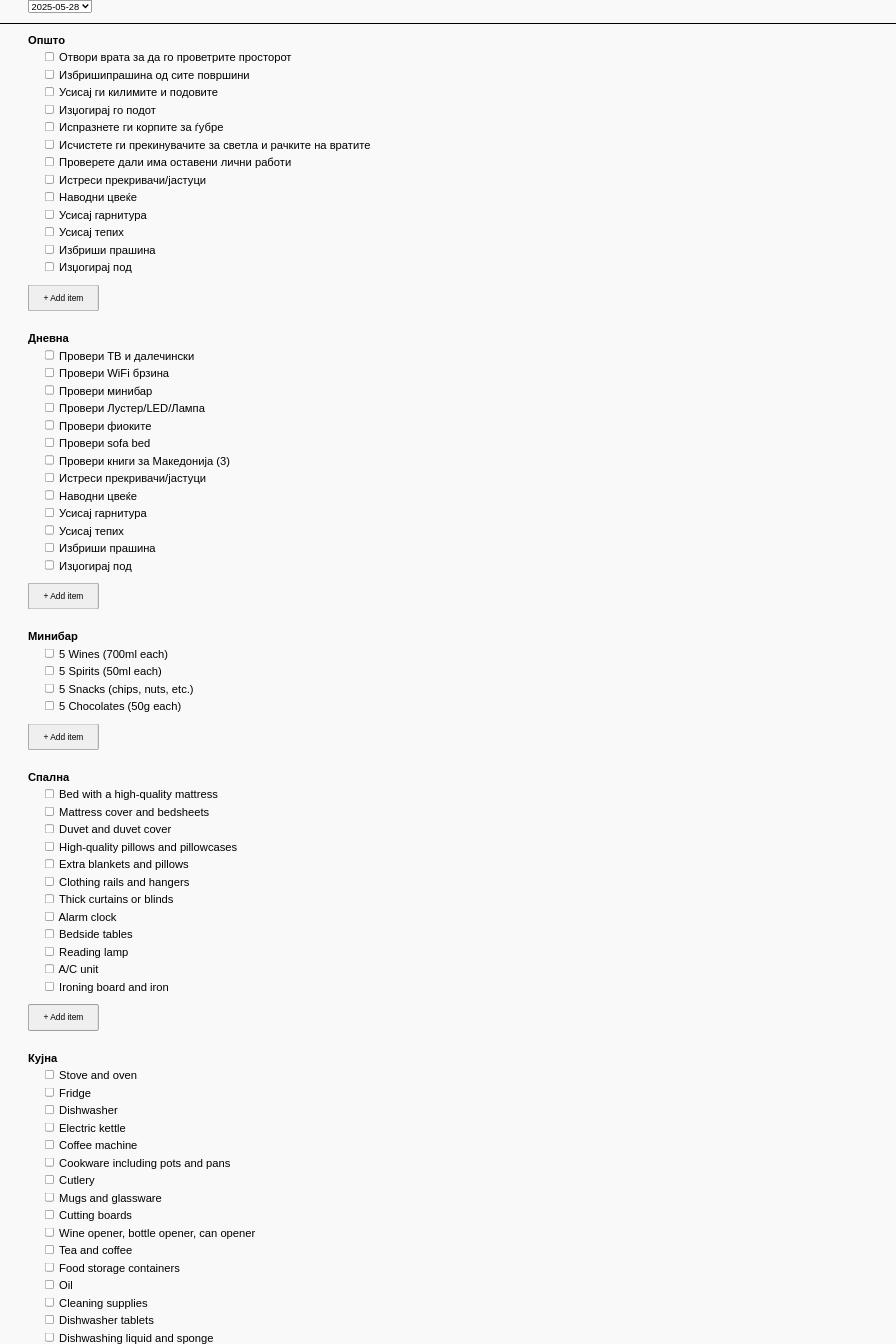
Repository: Z0ck0/Lynx-Apartment-Dashboard
Page: index.html
The author's editor kept a copy of each file at every save. The page is drawn from the files as they stood at one save, then again after the next save.
The browser window is 1280 px wide. The pictures show the part of the page from y = 331 to 2251 px (the page is 4287 px tall before and 4137 px after), at 70% of full size.

Above is the page before, as saved 2025-05-29 10:23:40.

### index.html
<!DOCTYPE html>
<html lang="en">
  <head>
    <meta charset="UTF-8" />
    <title>Lynx Apartment Host Dashboard</title>
    <meta name="viewport" content="width=device-width, initial-scale=1.0" />
    <style>
      body {
        font-family: Arial, sans-serif;
        margin: 40px;
        background: #f9f9f9;
      }
      h1 {
        text-align: center;
      }
      /* .container {
        max-width: 900px;
        margin: auto;
        background: #fff;
        padding: 20px;
        border-radius: 10px;
        box-shadow: 0 0 10px #ccc;
      } */
      .tabs {
        display: flex;
        flex-direction: row;
        justify-content: center;
        align-items: center;
        flex-wrap: wrap;
        margin-bottom: 20px;
        border-bottom: 2px solid #eee;
        gap: 0;
      }
      .tab-btn {
        background: none;
        border: none;
        outline: none;
        padding: 12px 24px;
        font-size: 16px;
        cursor: pointer;
        border-bottom: 3px solid transparent;
        transition: border 0.2s, color 0.2s;
        white-space: nowrap;
        flex: 1 1 auto;
        text-align: center;
        min-width: 120px;
        max-width: 100vw;
      }
      .tab-btn.active {
        border-bottom: 3px solid #0078d7;
        color: #0078d7;
        font-weight: bold;
      }
      .tab-content {
        display: none;
      }
      .tab-content.active {
        display: block;
      }
      .section {
        margin-bottom: 30px;
      }
      label {
        display: block;
        margin-bottom: 5px;
        font-weight: bold;
      }
      input[type="text"] {
        width: 100%;
        padding: 8px;
        margin-bottom: 10px;
      }
      .checkbox-group {
        margin-left: 20px;
      }
      .checkbox-group label {
        font-weight: normal;
        display: block;
        margin-bottom: 5px;
      }
      button {
        padding: 10px 20px;
        margin-top: 20px;
      }
      .add-btn {
        margin-top: 10px;
        font-size: 12px;
      }
      img.logo {
        display: block;
        margin: auto;
        width: 100px;
      }
      @media screen and (max-width: 600px) {
        .tabs {
          flex-direction: row;
          flex-wrap: wrap;
        }
        .tab-btn {
          font-size: 15px;
          padding: 10px 8px;
          min-width: 100px;
        }
        .checkbox-group label {
          display: flex;
          align-items: center;
          justify-content: space-between;
          padding: 5px 0;
        }
        .checkbox-group input[type="checkbox"] {
          margin-right: 10px;
        }
      }
    </style>
  </head>
  <body>
    <div class="container">
      <img src="logo-lynx.png" alt="Lynx Logo" class="logo" />
      <h1>Lynx Apartment Dashboard</h1>
      <nav class="tabs" role="tablist">
        <button
          class="tab-btn active"
          id="tab-checklist"
          role="tab"
          aria-selected="true"
          aria-controls="content-checklist"
          tabindex="0"
        >
          ✅ Cleaning List
        </button>
        <button
          class="tab-btn"
          id="tab-inventory"
          role="tab"
          aria-selected="false"
          aria-controls="content-inventory"
          tabindex="-1"
        >
          ✅ Inventory List
        </button>
      </nav>
      <div
        id="content-checklist"
        class="tab-content active"
        role="tabpanel"
        aria-labelledby="tab-checklist"
      >
        <div class="section">
          <label for="date">Датум на инспекција:</label>
          <select id="date"></select>
        </div>
        <div id="checklist-sections"></div>
        <div class="section">
          <label>Additional Notes</label>
          <input type="text" id="notes" placeholder="Any extra details..." />
        </div>
        <button onclick="saveChecklist()">Save Checklist</button>
      </div>
      <div
        id="content-inventory"
        class="tab-content"
        role="tabpanel"
        aria-labelledby="tab-inventory"
      >
        <div id="inventory-sections"></div>
      </div>
    </div>
    <script src="https://cdnjs.cloudflare.com/ajax/libs/jspdf/2.5.1/jspdf.umd.min.js"></script>
    <script src="DejaVuSans-normal.js"></script>
    <script>
      // Tab functionality
      const tabBtns = document.querySelectorAll(".tab-btn");
      const tabContents = document.querySelectorAll(".tab-content");
      tabBtns.forEach((btn, idx) => {
        btn.addEventListener("click", function () {
          tabBtns.forEach(b => b.classList.remove("active"));
          tabContents.forEach(c => c.classList.remove("active"));
          btn.classList.add("active");
          tabContents[idx].classList.add("active");
          btn.setAttribute("aria-selected", "true");
          btn.setAttribute("tabindex", "0");
          tabBtns.forEach((b, i) => {
            if (i !== idx) {
              b.setAttribute("aria-selected", "false");
              b.setAttribute("tabindex", "-1");
            }
          });
        });
      });

      const sections = {
        Општо: [
          "Отвори врата за да го проветрите просторот",
          "Избришипрашина од сите површини",
          "Усисај ги килимите и подовите",
          "Изџогирај го подот",
          "Испразнете ги корпите за ѓубре",
          "Исчистете ги прекинувачите за светла и рачките на вратите",
          "Проверете дали има оставени лични работи",
          "Истреси прекривачи/јастуци",
          "Наводни цвеќе",
          "Усисај гарнитура",
          "Усисај тепих",
          "Избриши прашина",
          "Изџогирај под",
        ],
        Дневна: [
          "Провери ТВ и далечински",
          "Провери WiFi брзина",
          "Провери минибар",
          "Провери Лустер/LED/Лампа",
          "Провери фиоките",
          "Провери sofa bed",
          "Провери книги за Македонија (3)",
          "Истреси прекривачи/јастуци",
          "Наводни цвеќе",
          "Усисај гарнитура",
          "Усисај тепих",
          "Избриши прашина",
          "Изџогирај под",
        ],
        Минибар: [
          "5 Вина (700ml секое)",
          "5 Жестоки пијалоци (50ml секое)",
          "5 Грицки (чипс, јаткасти плодови итн.)",
          "2 Чоколада (50g секое)",
        ],
        Спална: [
          "Bed with a high-quality mattress",
          "Mattress cover and bedsheets",
          "Duvet and duvet cover",
          "High-quality pillows and pillowcases",
          "Extra blankets and pillows",
          "Clothing rails and hangers",
          "Thick curtains or blinds",
          "Alarm clock",
          "Bedside tables",
          "Reading lamp",
          "A/C unit",
          "Ironing board and iron",
        ],
        Кујна: [
          "Stove and oven",
          "Fridge",
          "Dishwasher",
          "Electric kettle",
          "Coffee machine",
          "Cookware including pots and pans",
          "Cutlery",
          "Mugs and glassware",
          "Cutting boards",
          "Wine opener, bottle opener, can opener",
          "Tea and coffee",
          "Food storage containers",
          "Oil",
          "Cleaning supplies",
          "Dishwasher tablets",
          "Dishwashing liquid and sponge",
          "Kitchen towel and paper towels",
          "Garbage bin and garbage bags",
          "Broom and dustpan",
          "Liquid soap",
          "All-purpose cleaner",
          "Disinfectant",
          "Salt and pepper",
        ],
        Купатило: [
          "Bath towels (2 per guest)",
          "Hand towels and face towels (2 per guest)",
          "Bath mat",
          "Mirror",
          "Toilet paper (plus extra rolls)",
          "Toilet brush set",
          "Hand soap",
          "Shampoo and conditioner",
          "Body wash",
          "Body lotion",
          "Hairdryer",
          "Toothpaste",
          "Disposable cups",
          "Disposable toothbrushes",
          "Small garbage bin and garbage bags",
        ],
        Трпезарија: [
          "Dining table",
          "Chairs",
          "Cabinets",
          "Table settings (2x the number of guests)",
          "Lighting",
          "Decor or artwork",
        ],
        Тераса: [
          "Outdoor couch or chairs",
          "Outdoor dining table",
          "Throw pillows and blanket",
          "Lighting",
          "Outdoor area rug",
          "Source of shade",
        ],
        Безбедност: [
          "First aid kit",
          "Face masks",
          "Hand disinfectant",
          "Fire extinguisher",
          "Smoke detectors",
          "Carbon monoxide detectors",
        ],
        Минибар: [
          "5 Wines (700ml each)",
          "5 Spirits (50ml each)",
          "5 Snacks (chips, nuts, etc.)",
          "5 Chocolates (50g each)",
        ],
        Extras: [
          "Проверка на клима уредот",
          "Access to streaming services like Netflix, Hulu, etc.",
          "Board games",
          "Welcome gift",
          "Luxury toiletries",
          "Bathrobes and slippers",
          "Smart devices",
          "Universal charger and adaptors",
          "Outdoor hammock",
          "Washer and dryer",
        ],
      };

      // Inventory sections with placeholder items
      const inventorySections = {
        "Дневна Инвентура": [
          "Столна лампа (1) (IKEA: 30405042)",
          "Jaстуци на гарнитура (2)",
          "Покривка на гарнитура (2)",
          "Уметничка слика на ѕид (1)",
          "IKEA подлога за маса (1)",
          "Computer Mouse (1)",
          "HDMI кабел (1)",
          "US to EU адаптер (2)",
          "Книги за Македонија (3)",
          "Украси на сталажа десно",
          "свеќи на батерија (2)",
        ],
        "Минибар Инвентура": [
          "Подметачи од плута (10)",
          "Чаши за вино (6)",
          "Чаши за виски (6)",
          "Чаши за шток (2)",
          "Чаши за ракија - шот (4)",
          "Чаши за ракија - сталак (6)",
          "Кригли за пиво (5)",
          "Затворачи за шишиња (3)",
          "Отварач за шишиња",
        ],
        "Спална Инвентура": [
          "Даска за пеглање",
          "Пегла",
          "Столна ламба (2)",
          "Офингер (10)",
          "Навлака за сако (1)",
          "Чаршафи (3 комплета)",
          "Навлака за заштита на душек (3)",
          "Навлака за јорган и 2 навлаки за перници, сива/пругаста, 200x200/50x60см (2)(IKEA: 70423242)",
          "Навлака за јорган и 2 навлаки за перници, бела, 200x200/50x60 см (1)(IKEA: 20377959)",
          "Укроен чаршаф, бела, 160x200 см (3)(IKEA: 20377960)",
          "Прекривач, темно сива, 230x250см (1)(IKEA: 60346447)",
          "Јорган за сите сезони, 200x200 см (1+1)(IKEA: 70458585)",
          "Јастуци (4)",
          "Перница, светло сива, 50x60 см (4)",
          "Кебе тенко (1)",
          "Кебет дебело (1)",
          "Кревет за деца (Ѓоре)",
          "Alarm clock",
          "Lorem item 2",
          "Lorem item 3",
          "Lorem item 4",
          "Lorem item 5",
        ],
        "Кујна Инвентура": [
          "Lorem item 1",
          "Lorem item 2",
          "Lorem item 3",
          "Lorem item 4",
          "Lorem item 5",
        ],
        "Трпезарија Инвентура": [
          "Подлога за маса, темно сива, 38x30см (4)(IKEA: 20569251)",
          "Lorem item 2",
          "Lorem item 3",
          "Lorem item 4",
          "Lorem item 5",
        ],
        "Купатило Инвентура": [
          "Саксија за цвеќе (IKEA: 40395617)",
          "Канта за отпад (IKEA: 20593736)",
          "Крпа за бањање, (6), 70x140 см (IKEA: 80350985)",
          "Крпа за раце, (6), 50x100 см (IKEA: 70350995)",
          "Четка за тоалет (IKEA: 10593727)",
          "Држач за тоалетна хартија (IKEA: 40381291)",
          "Туш ручка (IKEA: 60342543)",
          "Тепих за бања, тиркизна, 50x80 см (IKEA: 40603169)",
          "Дозатор за сапун (IKEA: 30593726)",
          "Држач за четкици за зуби (IKEA: 50593730)",
          "Самолеплива кука (2) (IKEA: 50567830)",
          "Надворешни полици, бамбус, 37x37x104см (1)(IKEA: 80549420)",
        ],
        "Тераса Инвентура": [
          "Столица за седење (2)(IKEA: 90095428)",
          "Асталче за терасу (1)(IKEA: 70095429)",
          "Lorem item 3",
          "Lorem item 4",
          "Lorem item 5",
        ],
        "Безбедност Инвентура": [
          "Lorem item 1",
          "Lorem item 2",
          "Lorem item 3",
          "Lorem item 4",
          "Lorem item 5",
        ],
        "Extras Инвентура": [
          "Lorem item 1",
          "Lorem item 2",
          "Lorem item 3",
          "Lorem item 4",
          "Lorem item 5",
        ],
      };

      function createSection(title, items) {
        const sectionId = title.replace(/\s+/g, "_");
        const section = document.createElement("div");
        section.className = "section";
        section.innerHTML = `<label>${title}</label>
          <div class="checkbox-group" id="${sectionId}"></div>
          <button class="add-btn" onclick="addItem('${sectionId}', '${title}')">+ Add item</button>`;
        document.getElementById("checklist-sections").appendChild(section);
        renderSectionItems(sectionId, title);
      }

      function renderSectionItems(sectionId, title) {
        const group = document.getElementById(sectionId);
        group.innerHTML = "";
        sections[title].forEach((item, idx) => {
          const label = document.createElement("label");
          label.style.display = "flex";
          label.style.alignItems = "center";
          label.style.justifyContent = "space-between";
          label.innerHTML = `
            <span>
              <input type="checkbox"> ${item}
            </span>
            <span>
              <!--
              <button type="button" class="edit-btn" style="margin-left:5px;font-size:12px;" onclick="editItem('${sectionId}', '${title}', ${idx})">✏️</button>
              <button type="button" class="delete-btn" style="margin-left:5px;font-size:12px;" onclick="deleteItem('${sectionId}', '${title}', ${idx})">🗑️</button>
              -->
            </span>
          `;
          group.appendChild(label);
        });
      }

      function addItem(sectionId, title) {
        const group = document.getElementById(sectionId);
        const item = prompt("Enter new item:");
        if (item) {
          sections[title].push(item);
          renderSectionItems(sectionId, title);
        }
      }

      /*
      // Edit item functionality (commented out)
      function editItem(sectionId, title, idx) {
        const current = sections[title][idx];
        const updated = prompt("Edit item:", current);
        if (updated !== null && updated.trim() !== "") {
          sections[title][idx] = updated;
          renderSectionItems(sectionId, title);
        }
      }

      // Delete item functionality (commented out)
      function deleteItem(sectionId, title, idx) {
        if (confirm("Are you sure you want to delete this item?")) {
          sections[title].splice(idx, 1);
          renderSectionItems(sectionId, title);
        }
      }
      */

      function populateDateDropdown() {
        const select = document.getElementById("date");
        const today = new Date();
        for (let i = 0; i < 7; i++) {
          const d = new Date(today);
          d.setDate(today.getDate() + i);
          const yyyy = d.getFullYear();
          const mm = String(d.getMonth() + 1).padStart(2, "0");
          const dd = String(d.getDate()).padStart(2, "0");
          const dateStr = `${yyyy}-${mm}-${dd}`;
          const option = document.createElement("option");
          option.value = dateStr;
          option.text = dateStr;
          if (i === 0) option.selected = true;
          select.appendChild(option);
        }
      }

      function saveChecklist() {
        const { jsPDF } = window.jspdf;
        const doc = new jsPDF();
        // Register and set DejaVu font for Cyrillic support
        try {
          doc.addFileToVFS("DejaVuSans.ttf", dejavu_sans_normal);
          doc.addFont("DejaVuSans.ttf", "DejaVu", "normal");
          doc.setFont("DejaVu");
        } catch (e) {
          console.error("Font loading error:", e);
          doc.setFont("Tahoma"); // fallback
        }
        doc.setFontSize(16);
        let y = 10;
        const date = document.getElementById("date").value;
        const notes = document.getElementById("notes").value;
        // Only select checkboxes from the Host Checklist tab
        const checklistTab = document.getElementById("content-checklist");
        const checkboxes = checklistTab.querySelectorAll("input[type='checkbox']");

        doc.text("Lynx Apartment Host Checklist", 10, y);
        y += 10;
        doc.setFontSize(12);
        doc.text(`Date: ${date}`, 10, y);
        y += 10;

        checkboxes.forEach(cb => {
          const text = `[${cb.checked ? "x" : " "}] ${cb.parentElement.innerText
            .replace("✏️", "")
            .replace("🗑️", "")
            .trim()}`;
          doc.text(text, 10, y);
          y += 7;
          if (y > 280) {
            doc.addPage();
            y = 10;
          }
        });

        doc.text("Notes:", 10, y);
        y += 7;
        doc.text(notes, 10, y);

        doc.save(`Lynx_Checklist_${date.replace(/[:\s]/g, "_")}.pdf`);
      }

      // Inventory List sample items
      const inventoryItems = [
        "Lorem Spoon 1",
        "Lorem Fork 2",
        "Lorem Knife 3",
        "Lorem Plate 4",
        "Lorem Cup 5",
        "Lorem Glass 6",
        "Lorem Pan 7",
        "Lorem Pot 8",
        "Lorem Towel 9",
        "Lorem Pan 10",
      ];
      function renderInventoryList() {
        const group = document.getElementById("inventory-list");
        group.innerHTML = "";
        inventoryItems.forEach(item => {
          const label = document.createElement("label");
          label.innerHTML = `<input type="checkbox"> ${item}`;
          group.appendChild(label);
        });
      }

      // Render inventory sections
      function createInventorySection(title, items) {
        const sectionId = title.replace(/\s+/g, "_");
        const section = document.createElement("div");
        section.className = "section";
        section.innerHTML = `<label>${title}</label>
          <div class="checkbox-group" id="${sectionId}_inventory"></div>
          <button class="add-btn" onclick="addInventoryItem('${sectionId}', '${title}')">+ Add item</button>`;
        document.getElementById("inventory-sections").appendChild(section);
        renderInventorySectionItems(sectionId, title);
      }

      function renderInventorySectionItems(sectionId, title) {
        const group = document.getElementById(sectionId + "_inventory");
        group.innerHTML = "";
        inventorySections[title].forEach((item, idx) => {
          const label = document.createElement("label");
          label.style.display = "flex";
          label.style.alignItems = "center";
          label.style.justifyContent = "space-between";
          label.innerHTML = `
            <span>
              <input type="checkbox"> ${item}
            </span>
          `;
          group.appendChild(label);
        });
      }

      window.addInventoryItem = function (sectionId, title) {
        const item = prompt("Enter new item:");
        if (item) {
          inventorySections[title].push(item);
          renderInventorySectionItems(sectionId, title);
        }
      };

      // Render sections and date dropdown on load
      window.onload = function () {
        populateDateDropdown();
        for (const [section, items] of Object.entries(sections)) {
          createSection(section, items);
        }
        // Render inventory sections only when inventory tab is active
        for (const [section, items] of Object.entries(inventorySections)) {
          createInventorySection(section, items);
        }
      };
    </script>
  </body>
</html>

Loaded but not shown: DejaVuSans-normal.js (library)

After the next save:
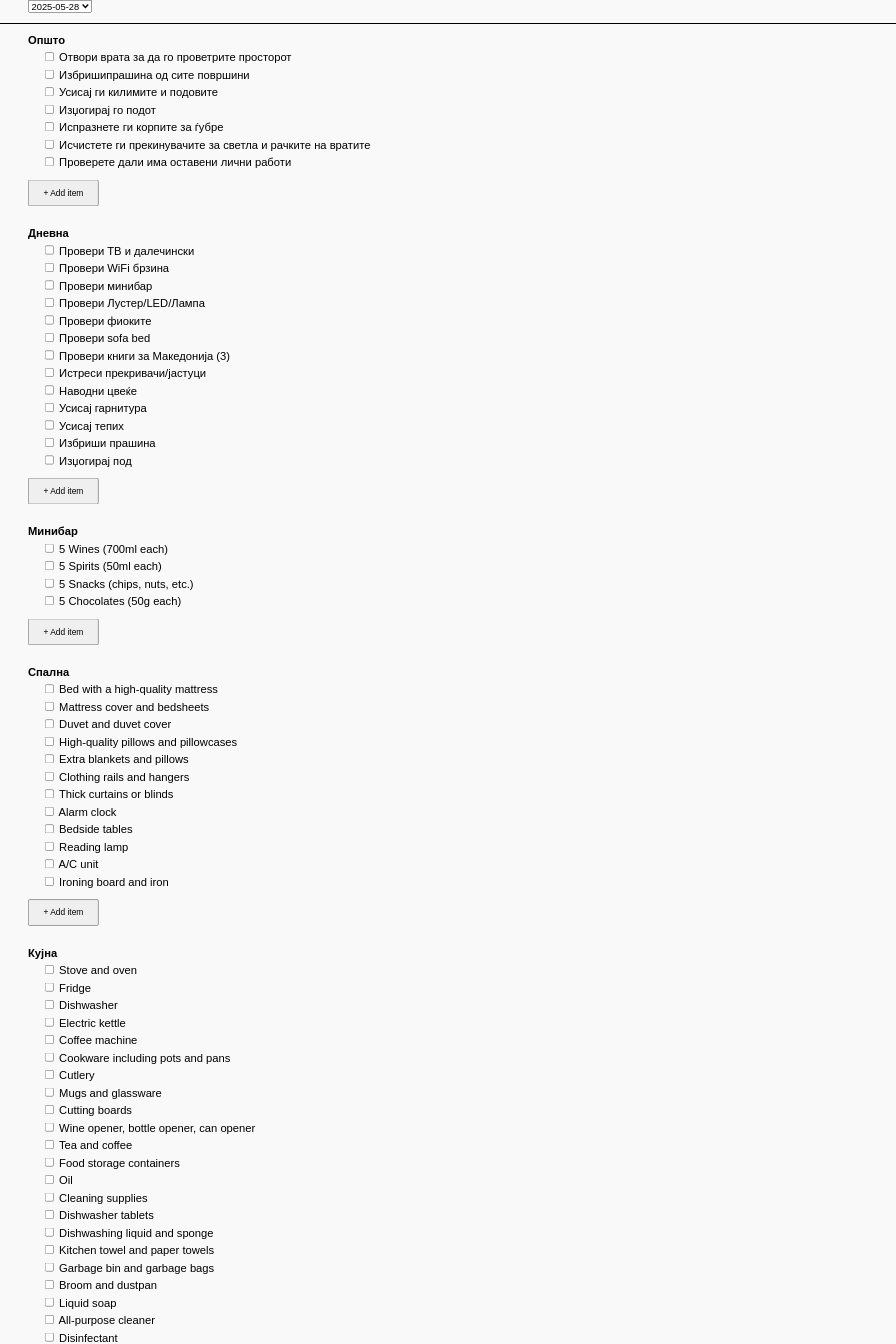
Saved 4 s later.
--- a/index.html
+++ b/index.html
@@ -197,12 +197,6 @@
           "Испразнете ги корпите за ѓубре",
           "Исчистете ги прекинувачите за светла и рачките на вратите",
           "Проверете дали има оставени лични работи",
-          "Истреси прекривачи/јастуци",
-          "Наводни цвеќе",
-          "Усисај гарнитура",
-          "Усисај тепих",
-          "Избриши прашина",
-          "Изџогирај под",
         ],
         Дневна: [
           "Провери ТВ и далечински",
